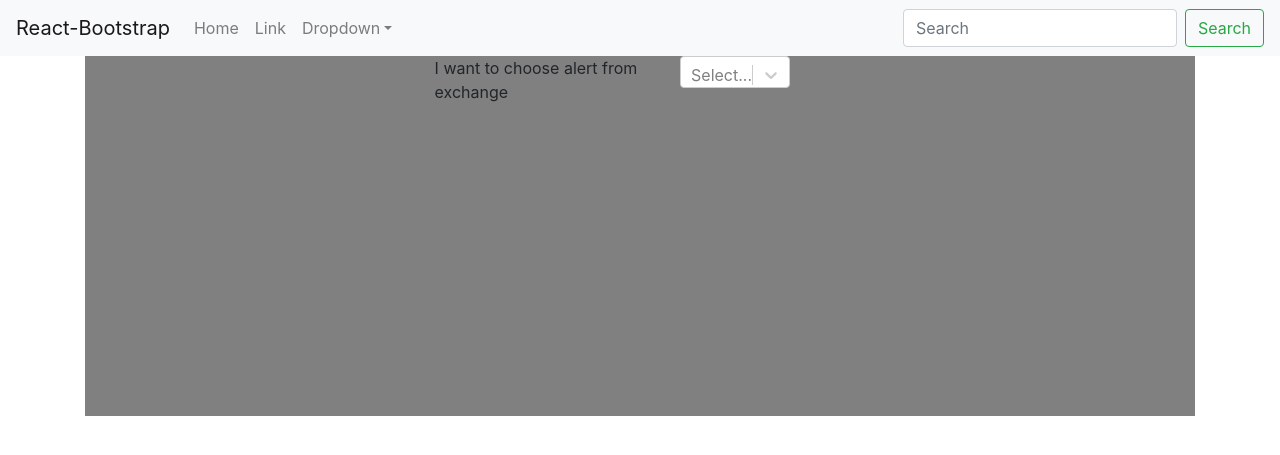
Repository: flychicken123/PriceAlertFront
Page: /
These files come from the project's save history. The page is drawn as it stood at one moment and after the next save; the edit follows.
The browser window is 1280 px wide. The pictures show the whole page.
The page's requests for data from a server got no answer. The project was rebuilt for these pictures with package versions that can differ from the ones it lists, and the page was loaded fresh each time. No one was signed in, and anything a server would have sent is missing. Also part of the build but not shown: src/App.css.

Above is the page before, as saved 2021-03-07 10:20:09.

After the next save:
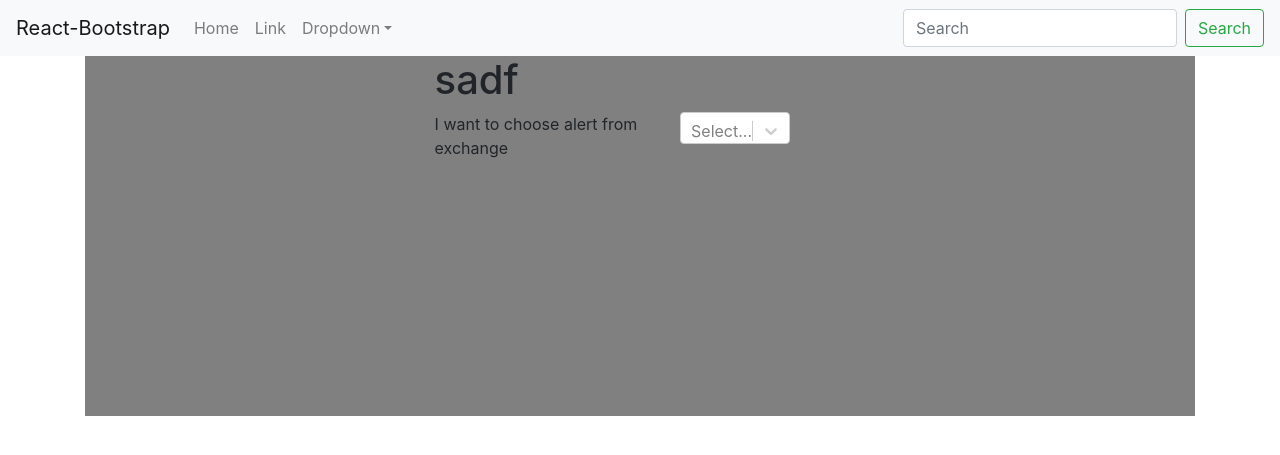
Saved 55 s later.
--- a/src/components/Home.jsx
+++ b/src/components/Home.jsx
@@ -41,7 +41,7 @@ export default function Home(props) {
                 <div style={{ display: 'flex', justifyContent: 'center', height: '50vh', backgroundColor: 'grey', width: '200' }}>
 
                     <Form>
-
+                        <h1>sadf</h1>
                         <Form.Row>
 
                             <Col xs={7}>
